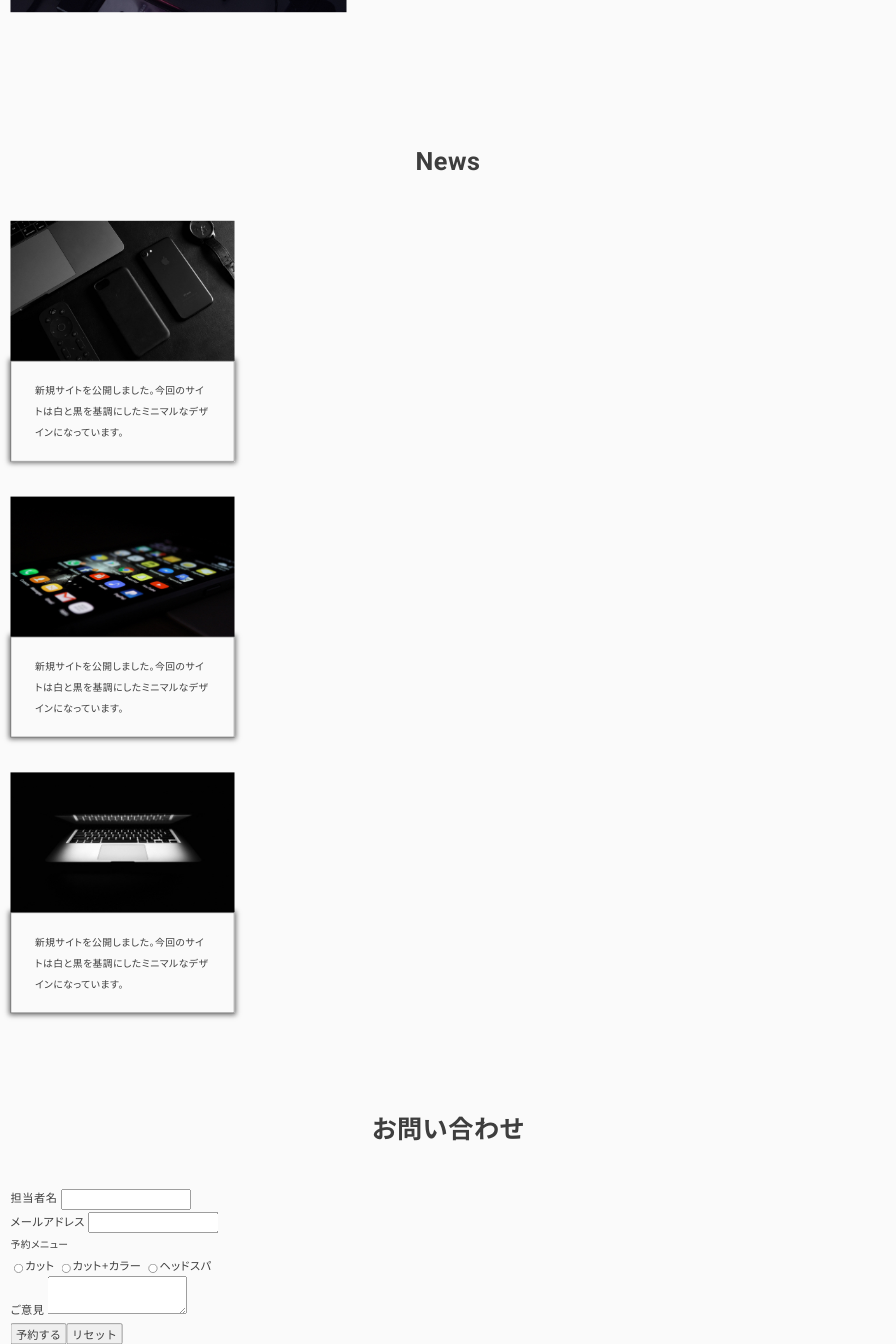
Repository: hatarakimono-kumasan/kurisuta_1st
Page: index.html
The author's editor kept a copy of each file at every save. The page is drawn from the files as they stood at one save, then again after the next save.
The browser window is 1280 px wide. The pictures show the part of the page from y = 3499 to 5419 px (the page is 5419 px tall before and 5390 px after), at 70% of full size.
Some web libraries are served in a nearby version. The style sheet was rebuilt from its Sass, Less or Tailwind sources for each picture, by a compiler version that may differ from the author's.

Above is the page before, as saved 2020-05-15 11:20:43.

After the next save:
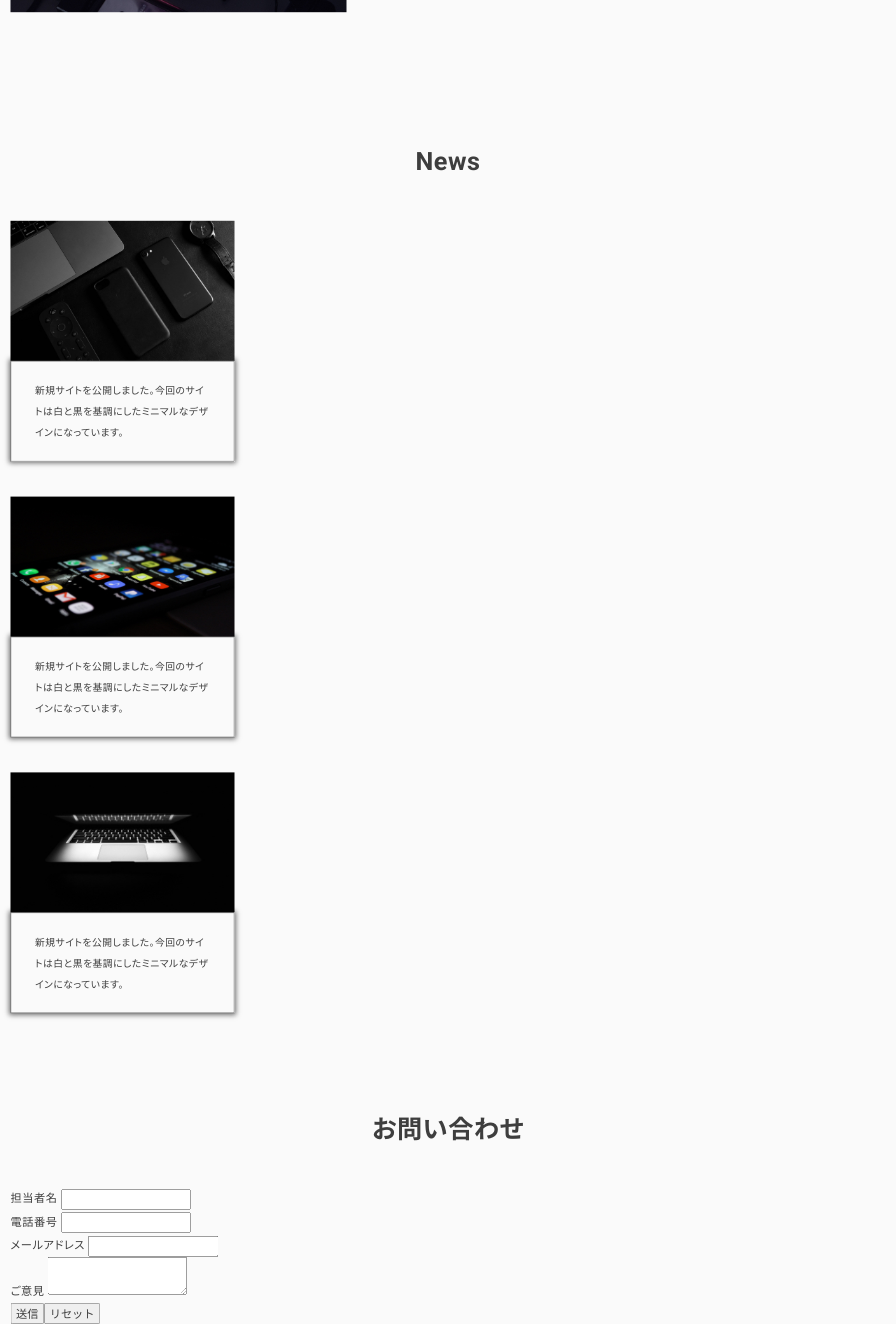
Saved 2 min 55 s later.
--- a/index.html
+++ b/index.html
@@ -153,30 +153,13 @@
 					</div>
 
 					<div class="item">
-						<label class="label">メールアドレス</label>
-						<input class="inputs" type="email" name="email" />
+						<label class="label">電話番号</label>
+						<input class="inputs" type="tel" name="telephone" />
 					</div>
 
 					<div class="item">
-						<p class="label">予約メニュー</p>
-						<div class="inputs">
-							<input id="cut" type="radio" name="menu" value="cut" /><label
-								for="cut"
-								>カット</label
-							>
-							<input
-								id="cut-color"
-								type="radio"
-								name="menu"
-								value="cut-color"
-							/><label for="cut-color">カット+カラー</label>
-							<input
-								id="headspa"
-								type="radio"
-								name="menu"
-								value="headspa"
-							/><label for="headspa">ヘッドスパ</label>
-						</div>
+						<label class="label">メールアドレス</label>
+						<input class="inputs" type="email" name="email" />
 					</div>
 
 					<div class="item">
@@ -185,7 +168,7 @@
 					</div>
 
 					<div class="btn-area">
-						<input type="submit" value="予約する" /><input
+						<input type="submit" value="送信" /><input
 							type="reset"
 							value="リセット"
 						/>
